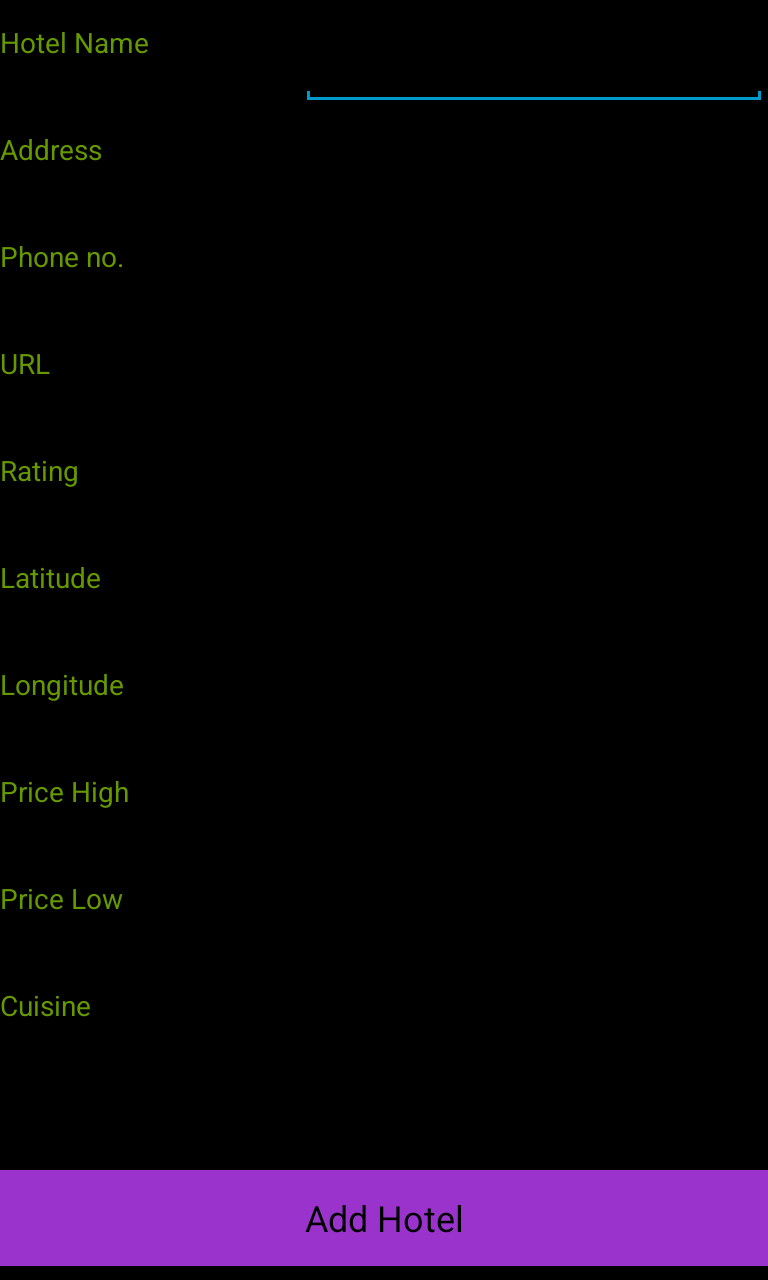
Repository: AungWinnHtut/projAndroid
Layout: com.engineer4myanmar.json.MainActivity/res/layout/activity_admin.xml
The author's editor kept a copy of each file at every save. The layout is drawn from the files as they stood at one save, then again after the next save.
It is drawn on a 768 x 1280 px phone screen (xhdpi) without system bars, with theme AppTheme; the app's code is not run.

Above is the layout before, as saved 2015-08-26 20:27:00.

After the next save:
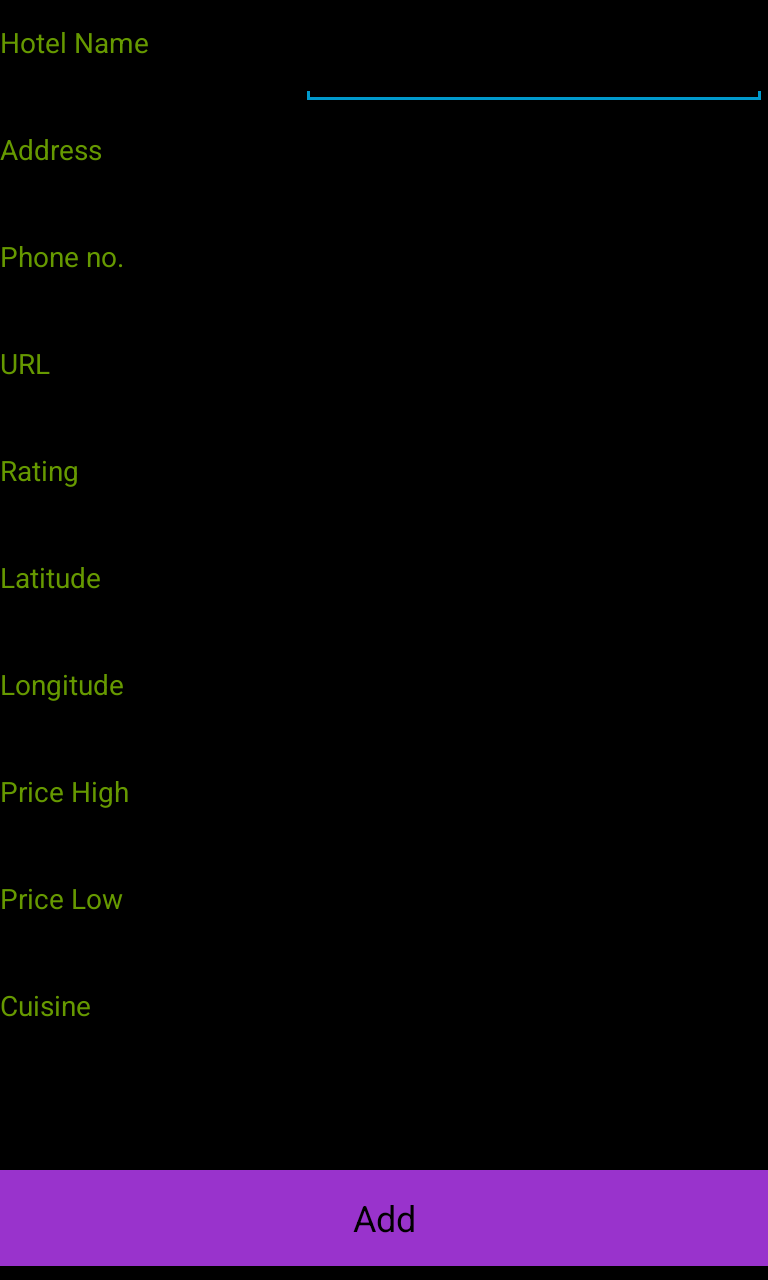
Saved 17 s later.
--- a/com.engineer4myanmar.json.MainActivity/res/layout/activity_admin.xml
+++ b/com.engineer4myanmar.json.MainActivity/res/layout/activity_admin.xml
@@ -239,7 +239,7 @@
             android:layout_height="wrap_content"
             android:background="#9933cc"
             android:onClick="funRegister"
-            android:text="Add Hotel" />
+            android:text="Add" />
     </LinearLayout>
 
 </LinearLayout>
